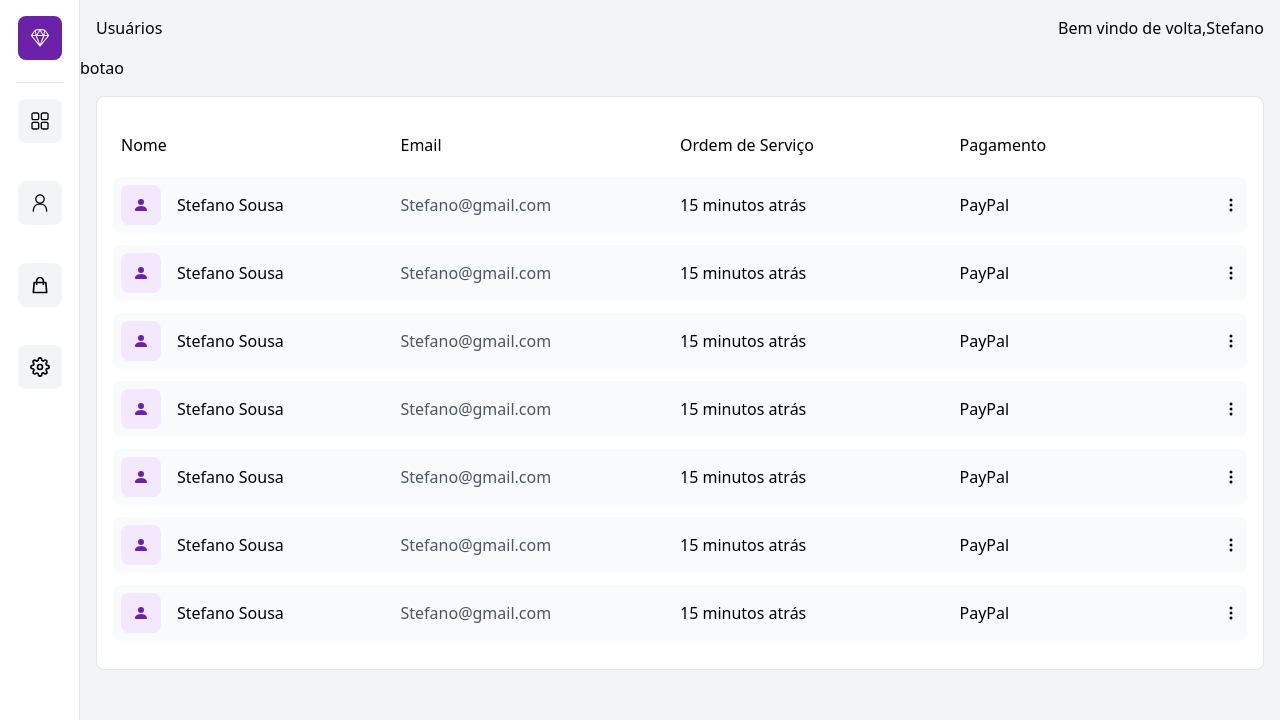
Repository: stefanosousaa/dashboard-next13
Page: /costumers
These files come from the project's save history. The page is drawn as it stood at one moment and after the next save; the edit follows.
The browser window is 1280 px wide. The pictures show the whole page.
The project was rebuilt for these pictures with package versions that can differ from the ones it lists, and the page was loaded fresh each time. The framework's server and built-in components were replaced by stand-ins that run in the browser. Also part of the build but not shown: next.config.js.

Above is the page before, as saved 2023-05-18 17:52:03.

### pages/_app.js
import Sidebar from '@/components/Sidebar'
import '@/styles/globals.css'

export default function App({ Component, pageProps }) {
  return (
    <Sidebar>
        <Component {...pageProps} />
    </Sidebar>

  )
}

### pages/costumers.jsx
import React from 'react'
import {BsPersonFill, BsThreeDotsVertical} from 'react-icons/bs'
import {data} from '../data/data.js'

const costumers = () => {
  return (
    <div className='bg-gray-100 min-h-screen'>
        <div className='flex justify-between p-4'>
            <h2>Usuários</h2>
            <h2>Bem vindo de volta,Stefano</h2>
        </div>
        <div>botao</div>
        <div className='p-4'>
            <div className='w-full m-auto p-4 border rounded-lg bg-white overflow-y-auto'>
              <div className='my-3 p-2 grid md:grid-cols-4 sm:grid-cols-3 grid-cols-2 items-center justify-between cursor-pointer'>
                <span>Nome</span>
                <span className='sm:text-left text-right'>Email</span>
                <span className='hidden md:grid'>Ordem de Serviço</span>
                <span className='hidden sm:grid'>Pagamento </span>
              </div>
              <ul>
                {data.map((order,id) => (
                    <li key={id} className='bg-gray-50 hover:bg-gray-100 rounded-lg my-3 p-2 grid md:grid-cols-4 sm:grid-cols-3 grid-cols-2 items-center justify-between cursor-pointer'>
                      <div className='flex items-center'>
                          <div className='bg-purple-100 p-3 rounded-lg'>
                             <BsPersonFill className='text-purple-800'/>
                           </div>
                           <p className='pl-4'>{order.name.first + ' ' + order.name.last}</p>
                      </div>
                      <p className='text-gray-600 sm:text-left text-right'>{order.name.first}@gmail.com</p>
                      <p className='hidden md:flex'>{order.date}</p>
                      <div className='sm:flex hidden justify-between items-center'>
                        <p>{order.method}</p>
                        <BsThreeDotsVertical/>
                      </div>
                    </li>
                ))}
              </ul>
            </div>
        </div>
    </div>
  )
}

export default costumers

### components/Sidebar.jsx
import Link from 'next/link'
import Image from 'next/image'
import React from 'react'
import {RxSketchLogo,RxDashboard, RxPerson} from 'react-icons/rx'
import {FiSettings} from 'react-icons/fi'
import {HiOutlineShoppingBag} from 'react-icons/hi'

const Sidebar = ({children}) => {
  return (
    <div className='flex'>
        <div className='fixed w-20 h-screen p-4 bg-white border-r-[1px] flex flex-col justify-between'>
        <div className='flex flex-col items-center'>

          <Link href='/'>
            <div className='bg-purple-800 text-white p-3 rounded-lg inline-block'>
              <RxSketchLogo size={20}/>
            </div>
          </Link>
          <span className='border-b-[1px] border-gray-200 w-full p-2'></span>
          <Link href='/'>
            <div className='bg-gray-100 hover:bg-gray-200 cursor-pointer my-4 p-3 rounded-lg inline-block'>
              <RxDashboard size={20}/>
            </div>
          </Link>
          <Link href='/costumers'>
            <div className='bg-gray-100 hover:bg-gray-200 cursor-pointer my-4 p-3 rounded-lg inline-block'>
              <RxPerson size={20}/>
            </div>
          </Link>
          <Link href='/orders'>
            <div className='bg-gray-100 hover:bg-gray-200 cursor-pointer my-4 p-3 rounded-lg inline-block'>
              <HiOutlineShoppingBag size={20}/>
            </div>
          </Link>
          <Link href='/'>
            <div className='bg-gray-100 hover:bg-gray-200 cursor-pointer my-4 p-3 rounded-lg inline-block'>
              <FiSettings size={20}/>
            </div>
          </Link>
        </div>
        </div>

        <main className='ml-20 w-full'>{children}</main>
    </div>
  )
}

export default Sidebar

### data/data.js
export const data = [
    {
        id:1,
        name: {
            first: 'Stefano',
            last: 'Sousa',
        },
        total: 2147.00,
        status: 'On Hold',
        method: 'PayPal',
        date: '15 minutos atrás',
    },
    {
        id:2,
        name: {
            first: 'Stefano',
            last: 'Sousa',
        },
        total: 2147.00,
        status: 'On Hold',
        method: 'PayPal',
        date: '15 minutos atrás',
    },
    {
        id:3,
        name: {
            first: 'Stefano',
            last: 'Sousa',
        },
        total: 2147.00,
        status: 'On Hold',
        method: 'PayPal',
        date: '15 minutos atrás',
    },
    {
        id:4,
        name: {
            first: 'Stefano',
            last: 'Sousa',
        },
        total: 2147.00,
        status: 'On Hold',
        method: 'PayPal',
        date: '15 minutos atrás',
    },
    {
        id:5,
        name: {
            first: 'Stefano',
            last: 'Sousa',
        },
        total: 2147.00,
        status: 'On Hold',
        method: 'PayPal',
        date: '15 minutos atrás',
    },
    {
        id:6,
        name: {
            first: 'Stefano',
            last: 'Sousa',
        },
        total: 2147.00,
        status: 'On Hold',
        method: 'PayPal',
        date: '15 minutos atrás',
    },
    {
        id:7,
        name: {
            first: 'Stefano',
            last: 'Sousa',
        },
        total: 2147.00,
        status: 'On Hold',
        method: 'PayPal',
        date: '15 minutos atrás',
    },
]

Loaded but not shown: pages/_document.js (common file); styles/globals.css (common file); tailwind.config.js (common file)

After the next save:
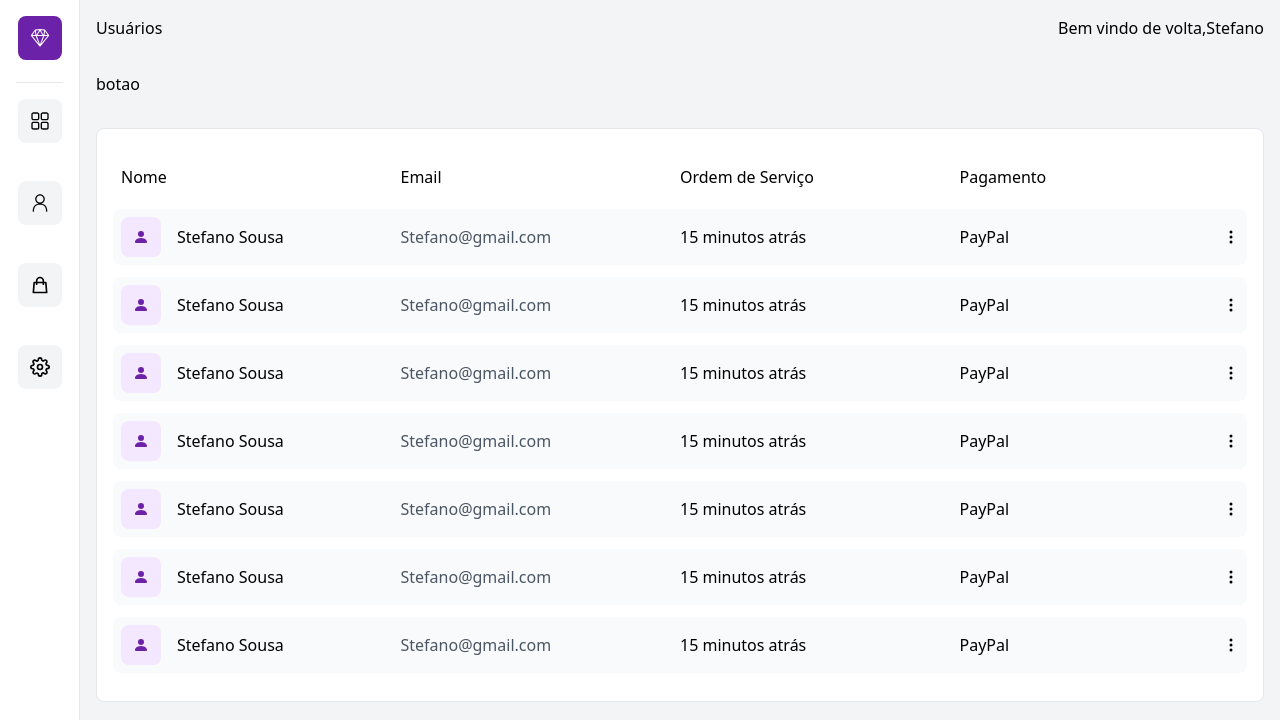
Saved 26 s later.
--- a/pages/costumers.jsx
+++ b/pages/costumers.jsx
@@ -9,7 +9,7 @@ const costumers = () => {
             <h2>Usuários</h2>
             <h2>Bem vindo de volta,Stefano</h2>
         </div>
-        <div>botao</div>
+        <div className='p-4'>botao</div>
         <div className='p-4'>
             <div className='w-full m-auto p-4 border rounded-lg bg-white overflow-y-auto'>
               <div className='my-3 p-2 grid md:grid-cols-4 sm:grid-cols-3 grid-cols-2 items-center justify-between cursor-pointer'>
